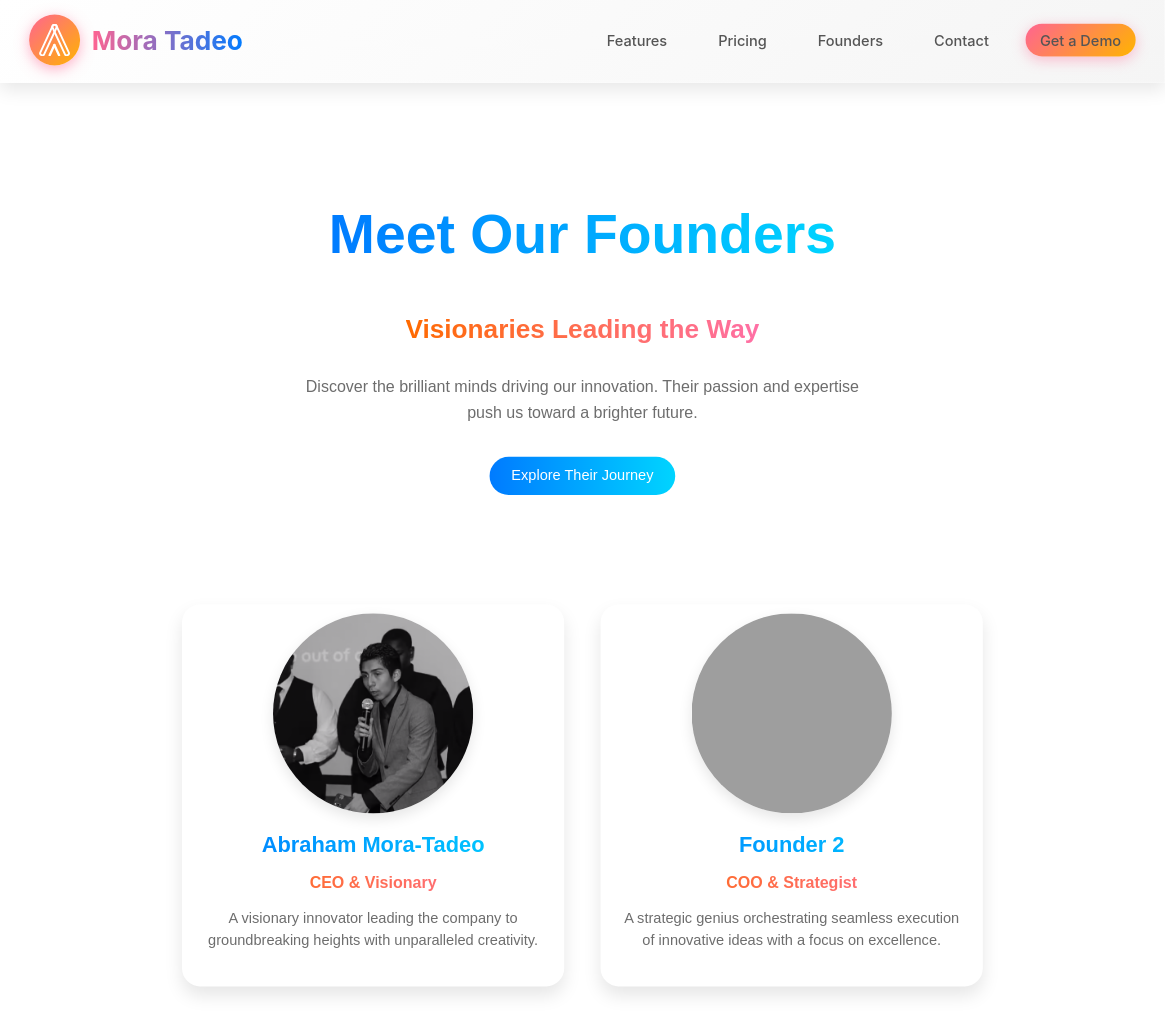
Repository: AbrahamM007/moratadeo
Page: /founders
An editor plug-in stored every save of this project. The page is shown before and after the next save, followed by the edit.
The browser window is 1280 px wide. The pictures show the whole page, at 91% of full size.
Pictures or frames that could not be fetched are drawn as grey boxes. The project was rebuilt for these pictures with package versions that can differ from the ones it lists, and the page was loaded fresh each time. Also part of the build but not shown: src/HeroSection.css, src/HeroSection.js, src/InfoSection.css, src/InfoSection.js, src/RoadmapSection.css, src/RoadmapSection.js, src/DesignPhaseSection.js, src/HeroBanner.js and 7 more.

Above is the page before, as saved 2025-01-12 22:46:36.

### public/index.html
<!DOCTYPE html>
<html lang="en">
  <head>
    <meta charset="utf-8" />
    <link rel="icon" href="mora.png" />
    <meta name="viewport" content="width=device-width, initial-scale=1" />
    <meta name="theme-color" content="#000000" />

    <link rel="apple-touch-icon" href="mora.png" />
    <link rel="manifest" href="%PUBLIC_URL%/manifest.json" />

    <!-- SEO Meta Tags -->
    <meta name="title" content="Mora Tadeo | Development Firm" />
    <meta name="description" content="Mora Tadeo is a leading development firm offering cutting-edge solutions in web development, app design, and technology innovation to elevate your business." />
    <meta name="keywords" content="development firm, web development, app design, Mora Tadeo, software solutions, technology innovation" />
    <meta name="author" content="Mora Tadeo" />
    <meta name="robots" content="index, follow" />
    <meta name="googlebot" content="index, follow" />

    <!-- Open Graph Meta Tags (for social sharing) -->
    <meta property="og:type" content="website" />
    <meta property="og:url" content="https://moratadeo.com" />
    <meta property="og:title" content="Mora Tadeo | Development Firm" />
    <meta property="og:description" content="Discover innovative web and app development solutions with Mora Tadeo. Your trusted partner in driving technology forward." />
    <meta property="og:image" content="https://moratadeo.com/preview-image.png" />
    <meta property="og:site_name" content="Mora Tadeo" />

    <!-- Twitter Card Meta Tags -->
    <meta name="twitter:card" content="summary_large_image" />
    <meta name="twitter:url" content="https://moratadeo.com" />
    <meta name="twitter:title" content="Mora Tadeo | Development Firm" />
    <meta name="twitter:description" content="Mora Tadeo offers state-of-the-art development services to bring your business ideas to life. Partner with us for tailored solutions." />
    <meta name="twitter:image" content="https://moratadeo.com/preview-image.png" />

    <!-- Additional Metadata -->
    <meta name="msapplication-TileColor" content="#ffffff" />
    <meta name="msapplication-config" content="%PUBLIC_URL%/browserconfig.xml" />

    <!-- Title -->
    <title>Mora Tadeo | Development Firm</title>
  </head>
  <body>
    <noscript>You need to enable JavaScript to run this app.</noscript>
    <div id="root"></div>
  </body>
</html>

### src/App.js
import React from "react";
import { BrowserRouter as Router, Routes, Route } from "react-router-dom";
import Navbar from "./Navbar";
import HeroSection from "./HeroSection";
import InfoSection from "./InfoSection";
import RoadmapSection from "./RoadmapSection";
import DesignPhaseSection from "./DesignPhaseSection";
import HeroBanner from "./HeroBanner";
import Footer from "./Footer";
import PricingPage from "./PricingPage";
import ScrollToTop from "./ScrollToTop"; // Import the ScrollToTop component

// Import both FeaturesPage and FeaturePage from the merged file
import { FeaturesPage, FeaturePage } from "./FeaturesPage";

// Import FoundersPage
import FoundersPage from "./FoundersPage";

function App() {
  return (
    <Router>
      <ScrollToTop /> {/* Ensures scroll resets to top on route change */}
      <div className="App">
        <Navbar />
        <Routes>
          {/* Home Page */}
          <Route
            path="/"
            element={
              <>
                <HeroSection />
                <InfoSection />
                <RoadmapSection />
                {/* <HeroBanner /> */}
                <DesignPhaseSection />
                <Footer />
              </>
            }
          />
          {/* Features List */}
          <Route path="/features" element={<FeaturesPage />} />
          {/* Dynamic Feature Detail Page */}
          <Route path="/features/:featureId" element={<FeaturePage />} />
          {/* Pricing Page */}
          <Route path="/pricing" element={<PricingPage />} />
          {/* Founders Page */}
          <Route path="/founders" element={<FoundersPage />} />
        </Routes>
      </div>
    </Router>
  );
}

export default App;

### src/Navbar.js
import React, { useState, useEffect } from "react";
import { Link } from "react-router-dom";
import "./Navbar.css";
import logo from './mora.svg';


const Navbar = () => {
  const [scrolled, setScrolled] = useState(false);
  const [menuOpen, setMenuOpen] = useState(false);

  useEffect(() => {
    const handleScroll = () => {
      setScrolled(window.scrollY > 50);
    };

    window.addEventListener("scroll", handleScroll);
    return () => {
      window.removeEventListener("scroll", handleScroll);
    };
  }, []);

  const toggleMenu = () => {
    setMenuOpen(!menuOpen);
  };

  return (
    <header className={`navbar ${scrolled ? "scrolled" : ""}`}>
      <Link to="/" className="navbar-logo-link">
        <div className="navbar-logo-container">
          <div className="navbar-logo-icon">
          <img src={logo} alt="Logo" className="navbar-logo-image" />

          </div>
          <span className="navbar-logo-text">Mora Tadeo</span>
        </div>
      </Link>
      <button className="navbar-toggle" onClick={toggleMenu}>
        <span className={`hamburger ${menuOpen ? "open" : ""}`}></span>
      </button>
      <nav className={`navbar-menu ${menuOpen ? "open" : ""}`}>
        <Link to="/features" onClick={toggleMenu}>
          Features
        </Link>
        <Link to="/pricing" onClick={toggleMenu}>
          Pricing
        </Link>
        <Link to="/founders" onClick={toggleMenu}>
          Founders
        </Link>
        <a href="https://calendly.com/mora78606/30min?month=2025-01" onClick={toggleMenu}>
          Contact
        </a>
        <a href="https://calendly.com/mora78606/30min?month=2025-01" className="navbar-highlight" onClick={toggleMenu}>
          Get a Demo
        </a>
      </nav>
    </header>
  );
};

export default Navbar;

### src/ScrollToTop.js
import { useEffect } from "react";
import { useLocation } from "react-router-dom";

const ScrollToTop = () => {
  const { pathname } = useLocation();

  useEffect(() => {
    window.scrollTo(0, 0); // Scroll to the top-left of the page
  }, [pathname]);

  return null; // This component does not render anything
};

export default ScrollToTop;

### src/FoundersPage.js
import React from "react";
import "./FoundersPage.css";

// Import images
import founder1Image from "./abraham.png";
import founder2Image from "./IMG_1554.JPG";

// Data for founders
const founders = [
  {
    name: "Abraham Mora-Tadeo",
    title: "CEO & Visionary",
    bio: "A visionary innovator leading the company to groundbreaking heights with unparalleled creativity.",
    image: founder1Image,
  },
  {
    name: "Founder 2",
    title: "COO & Strategist",
    bio: "A strategic genius orchestrating seamless execution of innovative ideas with a focus on excellence.",
    image: founder2Image,
  },
];

const FoundersPage = () => {
  return (
    <div className="founders-page">
      {/* Hero Section */}
      <section className="founders-hero">
        <h1 className="founders-hero-title">Meet Our Founders</h1>
        <h2 className="founders-hero-subtitle">Visionaries Leading the Way</h2>
        <p className="hero-paragraph">
          Discover the brilliant minds driving our innovation. Their passion and
          expertise push us toward a brighter future.
        </p>
        <button className="hero-button">Explore Their Journey</button>
      </section>

      {/* Founders Section */}
      <div className="founders-container">
        {founders.map((founder, index) => (
          <div className="founder-card" key={index}>
            <div className="founder-image-container">
              <img
                src={founder.image}
                alt={`${founder.name}`}
                className="founder-image"
              />
            </div>
            <h2 className="founder-name">{founder.name}</h2>
            <h3 className="founder-title">{founder.title}</h3>
            <p className="founder-bio">{founder.bio}</p>
          </div>
        ))}
      </div>
    </div>
  );
};

export default FoundersPage;

### src/Navbar.css
/* Navbar Container */
.navbar {
    display: flex;
    justify-content: space-between;
    align-items: center;
    padding: 1rem 2rem;
    background: linear-gradient(135deg, #ffffff, #f5f5f5);
    box-shadow: 0 8px 20px rgba(0, 0, 0, 0.1);
    position: sticky;
    top: 0;
    z-index: 1000; /* Ensures navbar stays on top */
    transition: all 0.3s ease;
    border-bottom: 3px solid transparent;
  }

  /* Navbar on Scroll */
  .navbar.scrolled {
    background: #ffffff; /* Plain white background on scroll */
    box-shadow: 0 8px 25px rgba(0, 0, 0, 0.2);
    border-bottom: 3px solid #ddd; /* Subtle border for scroll effect */
    transform: scale(1.01);
  }

  /* Logo Link */
  .navbar-logo-link {
    display: flex;
    align-items: center;
    text-decoration: none; /* Removes underline */
    cursor: pointer;
  }

  /* Logo Container */
  .navbar-logo-container {
    display: flex;
    align-items: center;
    gap: 0.8rem;
  }

  /* Logo Icon */
  .navbar-logo-icon {
    display: flex;
    align-items: center;
    justify-content: center;
    background: linear-gradient(135deg, #ff6491, #ffb400);
    color: #fff;
    font-size: 2rem;
    font-weight: bold;
    height: 3.5rem;
    width: 3.5rem;
    border-radius: 50%;
    box-shadow: 0 4px 15px rgba(255, 100, 145, 0.5);
    transition: transform 0.3s ease;
  }

  .navbar-logo-icon:hover {
    transform: rotate(360deg) scale(1.1);
  }

  /* Logo Text */
  .navbar-logo-text {
    font-size: 1.8rem;
    font-weight: 700;
    color: #333;
    background: linear-gradient(90deg, #ff6491, #007bff);
    -webkit-background-clip: text;
    -webkit-text-fill-color: transparent;
  }

  /* Logo Hover Effect */
  .navbar-logo-link:hover .navbar-logo-container {
    transform: scale(1.05);
    transition: transform 0.3s ease;
  }

  /* Navbar Menu */
  .navbar-menu {
    display: flex;
    gap: 1.5rem;
    transition: transform 0.3s ease, opacity 0.3s ease;
  }

  /* Menu Links */
  .navbar-menu a {
    font-size: 1rem;
    font-weight: 500;
    text-decoration: none; /* Removes underline */
    color: #555;
    padding: 0.5rem 1rem;
    position: relative;
    transition: all 0.3s ease;
  }

  .navbar-menu a:hover {
    color: #ff6491;
  }

  .navbar-menu a::after {
    content: "";
    position: absolute;
    bottom: -5px;
    left: 0;
    width: 0;
    height: 3px;
    background: linear-gradient(90deg, #ff6491, #ffb400);
    transition: width 0.3s ease;
  }

  .navbar-menu a:hover::after {
    width: 100%;
  }

  /* Highlight Link */
  .navbar-highlight {
    font-weight: bold;
    padding: 0.8rem 1.5rem;
    color: #fff;
    background: linear-gradient(135deg, #ff6491, #ffb400);
    border-radius: 50px;
    box-shadow: 0 4px 15px rgba(255, 100, 145, 0.4);
    transition: transform 0.3s ease, background 0.3s ease;
  }

  .navbar-highlight:hover {
    transform: scale(1.1);
    background: linear-gradient(135deg, #ffb400, #ff6491);
  }

  /* Hamburger Menu */
  .navbar-toggle {
    display: none;
    background: none;
    border: none;
    cursor: pointer;
    padding: 0.5rem;
    z-index: 11;
  }

  .hamburger {
    width: 1.5rem;
    height: 2px;
    background: #333;
    position: relative;
    transition: all 0.3s ease;
  }

  .hamburger::before,
  .hamburger::after {
    content: "";
    width: 1.5rem;
    height: 2px;
    background: #333;
    position: absolute;
    left: 0;
    transition: all 0.3s ease;
  }

  .hamburger::before {
    top: -6px;
  }

  .hamburger::after {
    top: 6px;
  }

  .hamburger.open {
    background: transparent;
  }

  .hamburger.open::before {
    transform: rotate(45deg);
    top: 0;
  }

  .hamburger.open::after {
    transform: rotate(-45deg);
    top: 0;
  }
  .navbar-logo-image {
    height: 2.3rem; /* Adjust size to match your design */
    width: 2.3rem;
    /* border-radius: 50%; Optional: Make it circular */
    object-fit: cover; /* Ensures the image scales correctly */

    transition: transform 0.3s ease;
  }

  .navbar-logo-image:hover {
    transform: scale(1.1); /* Slight zoom on hover */
  }


  /* Responsive Menu */
  @media (max-width: 768px) {
    .navbar-menu {
      flex-direction: column;
      position: absolute;
      top: 100%;
      right: 0;
      background: linear-gradient(135deg, #ffffff, #f5f5f5);
      border-radius: 10px;
      box-shadow: 0 8px 20px rgba(0, 0, 0, 0.1);
      transform: translateY(-200%);
      opacity: 0;
      visibility: hidden;
      transition: transform 0.3s ease, opacity 0.3s ease, visibility 0.3s ease;
    }

    .navbar-menu.open {
      transform: translateY(0%);
      opacity: 1;
      visibility: visible;
    }

    .navbar-menu a {
      padding: 1rem;
      text-align: center;
    }

    .navbar-toggle {
      display: block;
    }
  }

### src/DesignPhaseSection.css


:root {
  --blue-color: #007bff;
  --orange-color: #ffb400;
  --gradient: linear-gradient(90deg, var(--blue-color), var(--orange-color));
  --bg-white: #ffffff;
  --line-color: rgba(0,0,0,0.1);
  --card-shadow: rgba(0, 0, 0, 0.1);
 }






 .single-phase-container {
  position: relative;
  width: 100%;
  height: 100vh;
  overflow: hidden;
 }


 /* Navigation Dots */
 .phase-navigation {
  position: absolute;
  bottom: 20px;
  left: 50%;
  transform: translateX(-50%);
  display: flex;
  gap: 15px;
  z-index: 3;
 }


 .nav-dot {
  width: 20px;
  height: 20px;
  border-radius: 50%;
  background: #fff;
  border: 3px solid var(--gradient);
  cursor: pointer;
  transition: transform 0.3s ease, background 0.3s ease;
 }


 .nav-dot.active {
  transform: scale(1.4);
  background: var(--gradient);
 }


 .nav-dot:hover {
  transform: scale(1.2);
 }


 /* Phase Section and Overlay */
 .phase-section {
  position: relative;
  width: 100vw;
  height: 100vh;

  display: flex;
  align-items: center;
  justify-content: center;
  overflow: hidden;
  transition: background 1s ease-in-out;
 }


 .phase-overlay {
  position: absolute;
  width: 120%;
  height: 120%;
  top: -10%;
  left: -10%;
  background: radial-gradient(circle, rgba(255,255,255,0.2), transparent);
  opacity: 0.5;
  pointer-events: none;
  animation: floatOverlay 20s ease-in-out infinite;
  z-index: 1;
 }


 @keyframes floatOverlay {
  0%, 100% { transform: translate(0, 0) rotate(0deg); }
  50% { transform: translate(20px, 20px) rotate(45deg); }
 }


 /* Phase Content with Shimmering Border */
 .phase-content {
  position: relative;
  z-index: 2;
  max-width: 600px;
  padding: 2rem;
  background: rgba(255,255,255,0.8);
  color: #333;
  border-radius: 15px;
  box-shadow: 0 10px 20px var(--card-shadow);
  text-align: center;
  opacity: 0;
  transform: translateY(20px);
  animation: contentFadeIn 1.5s forwards;
 }


 .phase-content::before {
  content: '';
  position: absolute;
  inset: 0;
  border-radius: inherit;
  background: var(--gradient);
  z-index: -1;
  filter: blur(15px);
  opacity: 0.6;
  transform: scale(1.1);
  animation: pulseBorder 3s ease-in-out infinite;
 }


 @keyframes pulseBorder {
  0%, 100% { filter: blur(15px); }
  50% { filter: blur(25px); }
 }


 @keyframes contentFadeIn {
  to { opacity: 1; transform: translateY(0); }
 }


 /* Icon and Text Styling */
 .icon {
  font-size: 4rem;
  margin-bottom: 1rem;
  background: var(--gradient);
  -webkit-background-clip: text;
  -webkit-text-fill-color: transparent;
  animation: spinIcon 10s linear infinite;
 }


 @keyframes spinIcon {
  from { transform: rotate(0deg); }
  to { transform: rotate(360deg); }
 }


 .phase-content h3 {
  font-size: 2rem;
  margin-bottom: 1rem;
  color: var(--blue-color);
 }


 .phase-content p {
  font-size: 1.2rem;
  line-height: 1.6;
  color: #333;
 }


 /* Unique abstract backgrounds and animations for each phase */
 .phase-0 {
  background: radial-gradient(circle at center, rgba(0,123,255,0.1), var(--bg-white)),
              radial-gradient(circle at bottom right, rgba(255,180,0,0.1), transparent);
  animation: bgAnim0 15s ease-in-out infinite;
 }
 .phase-1 {
  background: radial-gradient(circle at top left, rgba(0,123,255,0.1), transparent),
              radial-gradient(circle at bottom right, rgba(255,180,0,0.1), var(--bg-white));
  animation: bgAnim1 20s ease-in-out infinite;
 }
 .phase-2 {
  background: radial-gradient(circle at top right, rgba(0,123,255,0.1), transparent),
              radial-gradient(circle at bottom left, rgba(255,180,0,0.1), var(--bg-white));
  animation: bgAnim2 25s ease-in-out infinite;
 }
 .phase-3 {
  background: radial-gradient(circle at center, rgba(0,123,255,0.1), transparent),
              radial-gradient(circle at center, rgba(255,180,0,0.1), var(--bg-white));
  animation: bgAnim3 30s ease-in-out infinite;
 }


 @keyframes bgAnim0 {
  0%, 100% { background-position: 0% 0%, 100% 100%; }
  50% { background-position: 100% 0%, 0% 100%; }
 }
 @keyframes bgAnim1 {
  0%, 100% { background-position: 0% 100%, 100% 0%; }
  50% { background-position: 100% 100%, 0% 0%; }
 }
 @keyframes bgAnim2 {
  0%, 100% { background-position: 50% 50%, 50% 50%; }
  50% { background-position: 75% 25%, 25% 75%; }
 }
 @keyframes bgAnim3 {
  0%, 100% { background-position: 0% 0%, 100% 100%; }
  50% { background-position: 100% 0%, 0% 100%; }
 }


 /* Responsive adjustments */
 @media (max-width: 768px) {
  .phase-content { padding: 1.5rem; }
  .icon { font-size: 3.5rem; }
  .phase-content h3 { font-size: 1.8rem; }
  .phase-content p { font-size: 1rem; }
 }

### src/FoundersPage.css
/* General Page Styling */
.founders-page {
    font-family: "Arial", sans-serif;
    background: #ffffff;
    margin: 0;
    padding: 0;
    overflow-x: hidden;
  }

  /* Hero Section */
  .founders-hero {
    display: flex;
    flex-direction: column;
    align-items: center;
    justify-content: center;
    text-align: center;
    padding: 80px 20px;
    gap: 15px;
    position: relative;
  }

  .founders-hero-title {
    font-size: 3.8rem;
    font-weight: bold;
    line-height: 1.2;
    margin-bottom: 10px;
    background: linear-gradient(90deg, #007bff, #00d4ff);
    -webkit-background-clip: text;
    -webkit-text-fill-color: transparent;
  }

  .founders-hero-subtitle {
    font-size: 1.8rem;
    font-weight: bold;
    line-height: 1.3;
    margin-bottom: 15px;
    background: linear-gradient(90deg, #ff6a00, #ff70a6);
    -webkit-background-clip: text;
    -webkit-text-fill-color: transparent;
  }

  .hero-paragraph {
    font-size: 1.1rem;
    max-width: 650px;
    margin: 0 auto;
    color: #6d6d6d;
    line-height: 1.6;
  }

  .hero-button {
    font-size: 1rem;
    padding: 12px 24px;
    margin-top: 20px;
    background: linear-gradient(90deg, #007bff, #00d4ff);
    border: none;
    border-radius: 50px;
    color: #ffffff;
    cursor: pointer;
    transition: transform 0.2s, box-shadow 0.2s;
  }

  .hero-button:hover {
    transform: scale(1.05);
    box-shadow: 0px 10px 20px rgba(0, 0, 0, 0.15);
  }

  /* Founders Section */
  .founders-container {
    display: flex;
    flex-wrap: wrap;
    justify-content: center;
    gap: 40px;
    padding: 40px 20px;
  }

  .founder-card {
    background: #ffffff;
    border-radius: 20px;
    box-shadow: 0px 10px 20px rgba(0, 0, 0, 0.1);
    overflow: hidden;
    transition: transform 0.3s ease, box-shadow 0.3s ease;
    text-align: center;
    width: 400px;
    height: 400px;
    padding: 10px;
  }

  .founder-card:hover {
    transform: translateY(-8px);
    box-shadow: 0px 20px 40px rgba(0, 0, 0, 0.15);
  }

  /* Founder Image Styling */
  .founder-image-container {
    position: relative;
    width: 220px;
    height: 220px;
    overflow: hidden;
    border-radius: 50%;
    box-shadow: 0 6px 15px rgba(0, 0, 0, 0.1);
    margin: 0 auto 20px;
    /* border: 3px solid #00d4ff; Stylish border */
  }

  .founder-image {
    width: 100%;
    height: 100%;
    object-fit: cover; /* Ensure the image fits well inside the circular container */
  }

  /* Text Styling */
  .founder-name {
    font-size: 1.5rem;
    font-weight: bold;
    margin-top: 10px;
    margin-bottom: 5px;
    background: linear-gradient(90deg, #007bff, #00d4ff);
    -webkit-background-clip: text;
    -webkit-text-fill-color: transparent;
  }

  .founder-title {
    font-size: 1.1rem;
    font-weight: bold;
    margin-bottom: 8px;
    background: linear-gradient(90deg, #ff6a00, #ff70a6);
    -webkit-background-clip: text;
    -webkit-text-fill-color: transparent;
  }

  .founder-bio {
    font-size: 1rem;
    line-height: 1.5;
    color: #6d6d6d;
    margin-bottom: 15px;
    padding: 0 10px;
  }

  /* Responsive Design */
  @media (max-width: 768px) {
    .founders-hero-title {
      font-size: 3rem;
    }

    .founders-hero-subtitle {
      font-size: 1.4rem;
    }

    .founder-card {
      width: 90%;
    }
  }

Loaded but not shown: src/index.js (common file); src/index.css (common file); src/reportWebVitals.js (common file)

After the next save:
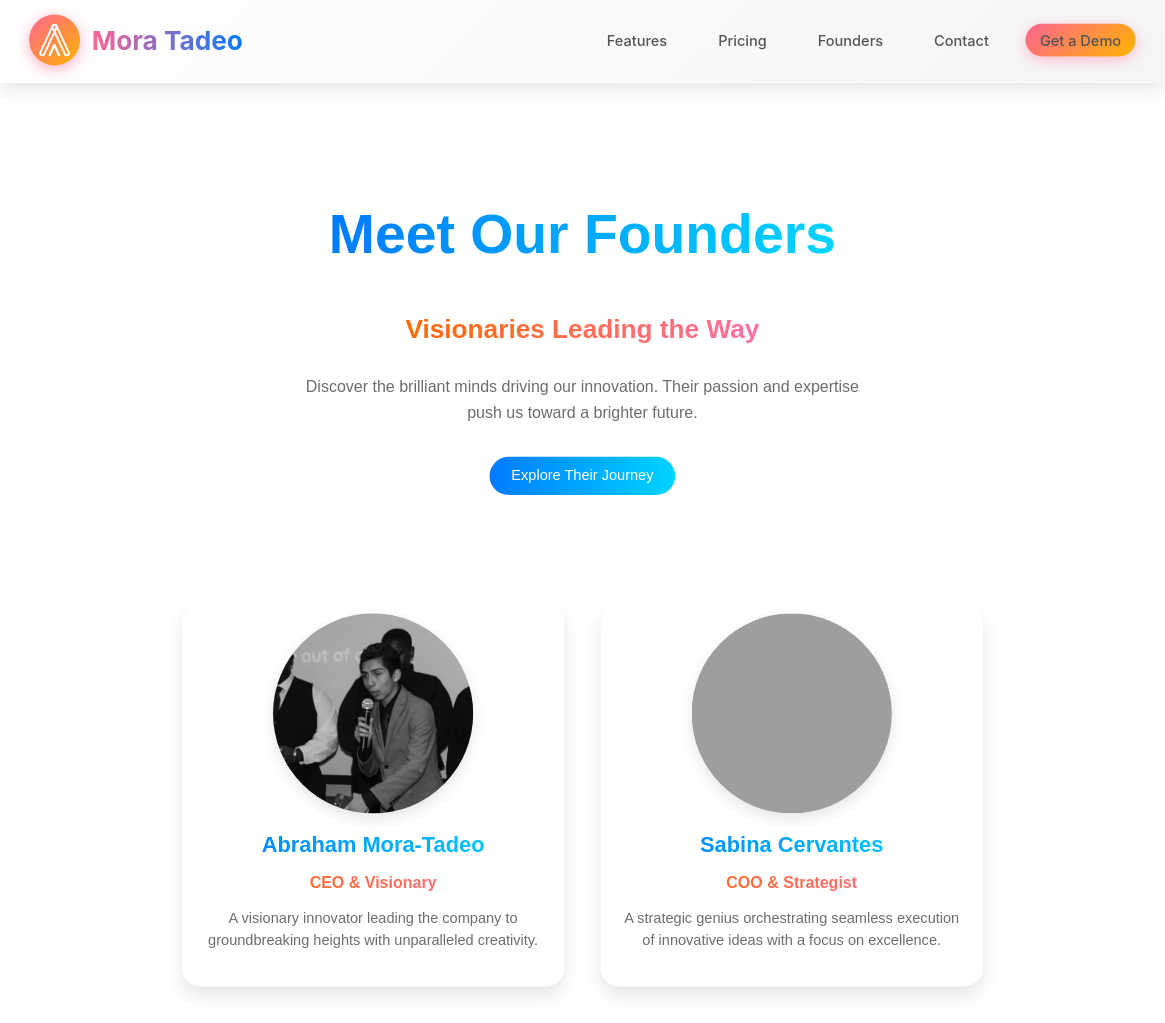
Saved 6 s later.
--- a/src/FoundersPage.js
+++ b/src/FoundersPage.js
@@ -14,7 +14,7 @@ const founders = [
     image: founder1Image,
   },
   {
-    name: "Founder 2",
+    name: "Sabina Cervantes",
     title: "COO & Strategist",
     bio: "A strategic genius orchestrating seamless execution of innovative ideas with a focus on excellence.",
     image: founder2Image,
